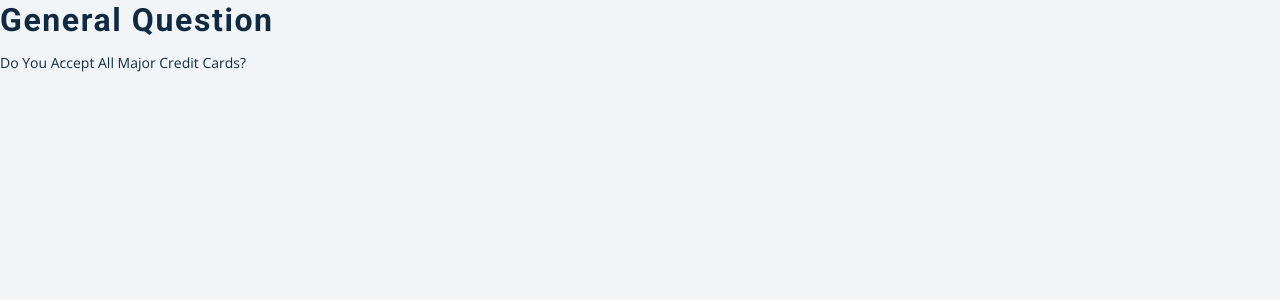
Repository: OmniaRafat232111121/projects-js
Page: questions/index.html
These files come from the project's save history. The page is drawn as it stood at one moment and after the next save; the edit follows.
The browser window is 1280 px wide. The pictures show the whole page.
Some web libraries are served in a nearby version.

Above is the page before, as saved 2023-01-02 22:02:28.

### questions/index.html
<!DOCTYPE html>
<html lang="en">
<head>
    <meta charset="UTF-8">
    <meta http-equiv="X-UA-Compatible" content="IE=edge">
    <meta name="viewport" content="width=device-width, initial-scale=1.0">
    <title>Modal </title>
    <link rel="stylesheet" href="style.css">
   <!-- font-awesome -->
    <link rel="stylesheet" href="https://cdnjs.cloudflare.com/ajax/libs/font-awesome/5.14.0/css/all.min.css" />
    <!-- extra fonts -->
    <link
      href="https://fonts.googleapis.com/css?family=Great+Vibes&display=swap"
      rel="stylesheet"
    />
</head>
<body>

  <section class="question">
    <div class="title">
      <h2>General Question</h2>
    </div>
  <div class="section-question">
      <article class="question">
        <div class="question-title">
          Do You Accept All Major Credit Cards?

        </div>

    </article>

  </div>

  </section>


    <script src="./main.js"></script>
</body>
</html>

### questions/style.css

/*
===============
Fonts
===============
*/
@import url("https://fonts.googleapis.com/css?family=Open+Sans|Roboto:400,700&display=swap");

/*
===============
Variables
===============
*/

:root {
  /* dark shades of primary color*/
  --clr-primary-1: hsl(205, 86%, 17%);
  --clr-primary-2: hsl(205, 77%, 27%);
  --clr-primary-3: hsl(205, 72%, 37%);
  --clr-primary-4: hsl(205, 63%, 48%);
  /* primary/main color */
  --clr-primary-5: hsl(205, 78%, 60%);
  /* lighter shades of primary color */
  --clr-primary-6: hsl(205, 89%, 70%);
  --clr-primary-7: hsl(205, 90%, 76%);
  --clr-primary-8: hsl(205, 86%, 81%);
  --clr-primary-9: hsl(205, 90%, 88%);
  --clr-primary-10: hsl(205, 100%, 96%);
  /* darkest grey - used for headings */
  --clr-grey-1: hsl(209, 61%, 16%);
  --clr-grey-2: hsl(211, 39%, 23%);
  --clr-grey-3: hsl(209, 34%, 30%);
  --clr-grey-4: hsl(209, 28%, 39%);
  /* grey used for paragraphs */
  --clr-grey-5: hsl(210, 22%, 49%);
  --clr-grey-6: hsl(209, 23%, 60%);
  --clr-grey-7: hsl(211, 27%, 70%);
  --clr-grey-8: hsl(210, 31%, 80%);
  --clr-grey-9: hsl(212, 33%, 89%);
  --clr-grey-10: hsl(210, 36%, 96%);
  --clr-white: #fff;
  --clr-red-dark: hsl(360, 67%, 44%);
  --clr-red-light: hsl(360, 71%, 66%);
  --clr-green-dark: hsl(125, 67%, 44%);
  --clr-green-light: hsl(125, 71%, 66%);
  --clr-black: #222;
  --ff-primary: "Roboto", sans-serif;
  --ff-secondary: "Open Sans", sans-serif;
  --transition: all 0.3s linear;
  --spacing: 0.1rem;
  --radius: 0.25rem;
  --light-shadow: 0 5px 15px rgba(0, 0, 0, 0.1);
  --dark-shadow: 0 5px 15px rgba(0, 0, 0, 0.2);
  --max-width: 1170px;
  --fixed-width: 620px;
}
/*
===============
Global Styles
===============
*/

*,
::after,
::before {
  margin: 0;
  padding: 0;
  box-sizing: border-box;
}
body {
  font-family: var(--ff-secondary);
  background: var(--clr-grey-10);
  color: var(--clr-grey-1);
  line-height: 1.5;
  font-size: 0.875rem;
}
ul {
  list-style-type: none;
}
a {
  text-decoration: none;
}
h1,
h2,
h3,
h4 {
  letter-spacing: var(--spacing);
  text-transform: capitalize;
  line-height: 1.25;
  margin-bottom: 0.75rem;
  font-family: var(--ff-primary);
}
h1 {
  font-size: 3rem;
}
h2 {
  font-size: 2rem;
}
h3 {
  font-size: 1.25rem;
}
h4 {
  font-size: 0.875rem;
}
p {
  margin-bottom: 1.25rem;
  color: var(--clr-grey-5);
}
.btn {
  display:inline-block;
  background-color: var(--clr-primary-4);
  border:none;
color:#fff;
  padding: 10px 20px;
   transition: var(--transition);
  font-size: 0.875rem;

  cursor: pointer;
  box-shadow: 0 1px 3px rgba(0, 0, 0, 0.2);
  border-radius: var(--radius);
}
.btn:hover {
  color: var(--clr-white);
  background: var(--clr-black);
}

Loaded but not shown: questions/main.js (no stored copy; drawn as an empty file)

After the next save:
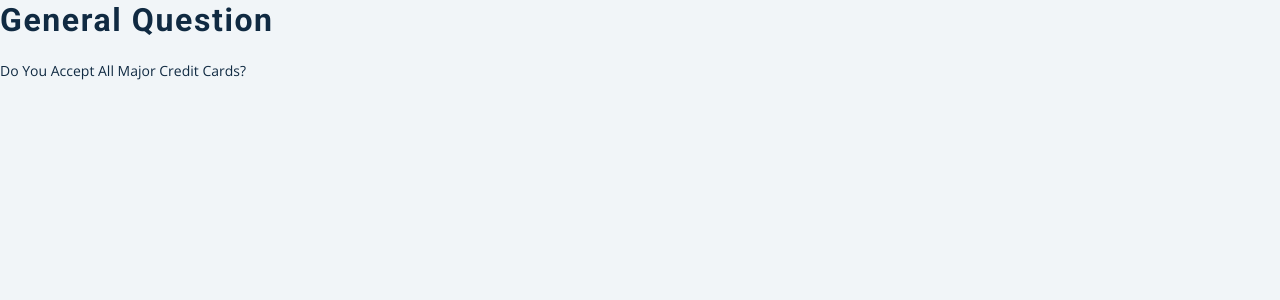
Saved 4 s later.
--- a/questions/index.html
+++ b/questions/index.html
@@ -23,7 +23,7 @@
   <div class="section-question">
       <article class="question">
         <div class="question-title">
-          Do You Accept All Major Credit Cards?
+         <p></p> Do You Accept All Major Credit Cards?
 
         </div>
 
